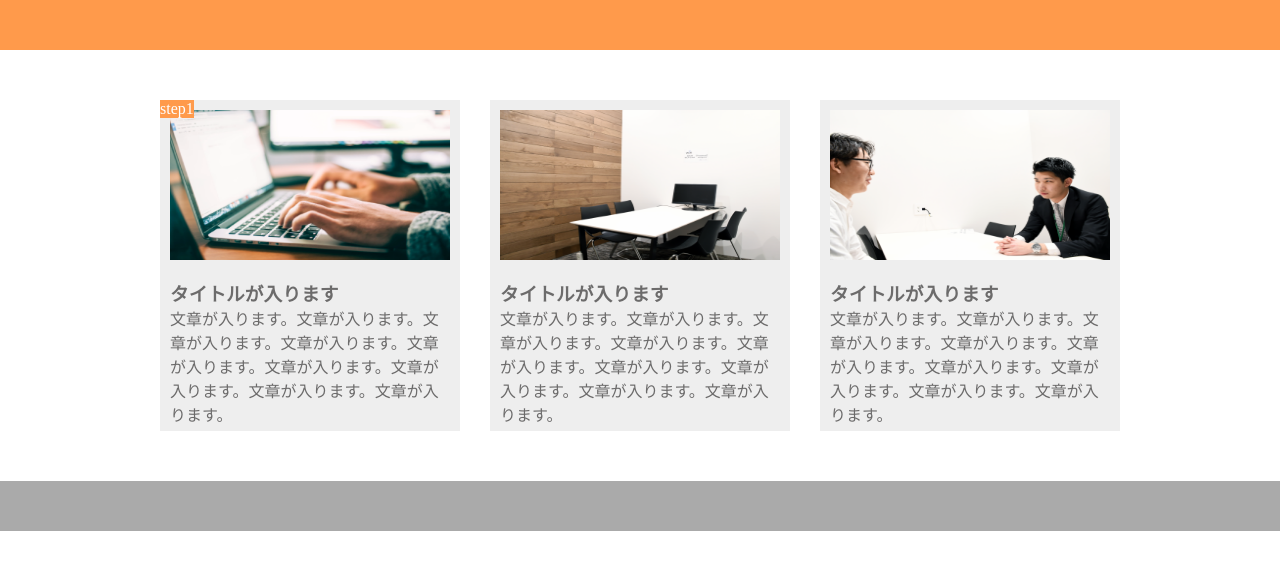
Repository: Raychel-310/chapter10
Page: chapter9_exercise_2/chapter9_exercise_2.html
The author's editor kept a record of every edit. The page is drawn from the files as they stood at one moment, then again after the next edit.
The browser window is 1280 px wide. The pictures show the whole page.

Above is the page before.

### chapter9_exercise_2/chapter9_exercise_2.html
<!DOCTYPE html>
<html lang="ja">
  <head>
    <meta charset="UTF-8" />
    <!-- CSSファイルの読み込み -->
    <link rel="stylesheet" href="chapter9_exercise_2.css" />
    <title>DMM WebCamp</title>
  </head>

  <body>
      <header>

      </header>
    <main>
      <div class="box1">
        <div class="step">step1</div>
          <img class="blog-image" src="img/flow01.png" />
          <section class="blog-topic">
            <h3>タイトルが入ります</h3>
            <p class="blog-text">文章が入ります。文章が入ります。文章が入ります。文章が入ります。文章が入ります。文章が入ります。文章が入ります。文章が入ります。文章が入ります。</p>
          </section>
      </div>

      <div class="box2">
          <img class="blog-image" src="img/flow02.png" />
          <section class="blog-topic">
            <h3>タイトルが入ります</h3>
          <p class="blog-text">
            文章が入ります。文章が入ります。文章が入ります。文章が入ります。文章が入ります。文章が入ります。文章が入ります。文章が入ります。文章が入ります。
          </p>
          </section>
          </section>
      </div>

      <div class="box3">
          <img class="blog-image" src="img/flow03.png" />
          <section class="blog-topic">
            <h3>タイトルが入ります</h3>
          <p class="blog-text">
            文章が入ります。文章が入ります。文章が入ります。文章が入ります。文章が入ります。文章が入ります。文章が入ります。文章が入ります。文章が入ります。
          </p>
          </section>
          </section>
      </div>
    </main>

    <!-- footer -->
    <footer>

    </footer>
  </body>
</html>

### chapter9_exercise_2/chapter9_exercise_2.css
/* ブラウザがそれぞれ持っているCSSをリセットするための記述 */
* {
  margin: 0;
  padding: 0;
  box-sizing: border-box;
  color: #6c6b6b;
}

a {
  text-decoration: none;
}

main {
  width: 960px;
  margin: 50px auto;
  display: flex;
  flex-wrap: wrap;
}

header {
  width: 100%;
  height: 50px;
  background-color: #FF9A4B;
}

.box1 {
  width: 300px;
  background-color: #EEEEEE;
  /*display: flex;*/
  /*flex-wrap: wrap;*/
}

.box2 {
  width: 300px;
  background-color: #EEEEEE;
  margin-left: 30px;
  margin-right: 30px;
  /*display: flex;*/
  /*flex-wrap: wrap;*/
}

.box3 {
  width: 300px;
  background-color: #EEEEEE;
  /*display: flex;*/
  /*flex-wrap: wrap;*/
}

.box1 {
  position: relative; /* #socialの基準位置を相対位置へ変更する */
}

.step {
  position: absolute; /* headerの左上を基準に絶対位置で指定する */
  top: 0px; /* headerの左上から22px下側へ移動する */
  left: 0px; /* headerの右上から22px左側へ移動する */
  background-color: #FF9A4B;
  color: #fff;
}

.box2 {
  position: relative; /* #socialの基準位置を相対位置へ変更する */
}

.box3 {
  position: relative; /* #socialの基準位置を相対位置へ変更する */
}

.blog-image {
  width: 280px;
  height: 150px;
  margin-left: 10px;
  margin-top: 10px;
  margin-right: 10px;
  /*background-position: bottom;*/
  background-size: cover;
  text-align: center;
}

.blog-topic {
  padding-top: 15px;
  padding-left: 10px;
  padding-bottom: 5px;
}

.blog-text {
  padding-right: 10px;
}

footer {
  width: 100%;
  height: 50px;
  background-color: #AAAAAA;
}

After the next edit:
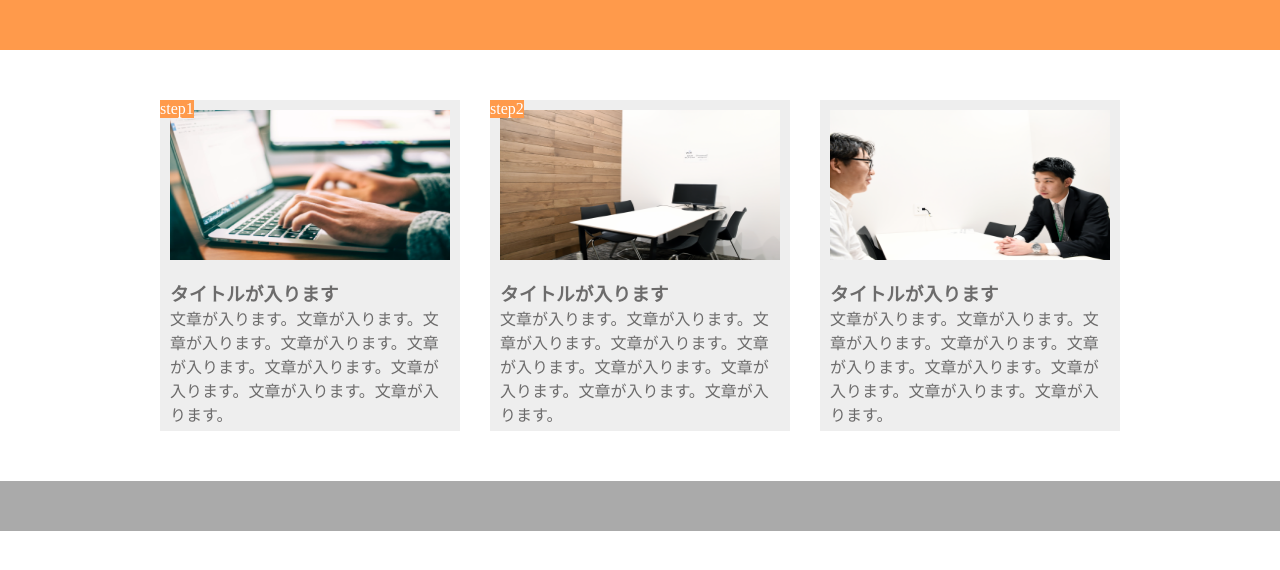
The edit:
--- a/chapter9_exercise_2/chapter9_exercise_2.html
+++ b/chapter9_exercise_2/chapter9_exercise_2.html
@@ -22,6 +22,7 @@
       </div>
 
       <div class="box2">
+        <div class="step">step2</div>
           <img class="blog-image" src="img/flow02.png" />
           <section class="blog-topic">
             <h3>タイトルが入ります</h3>
